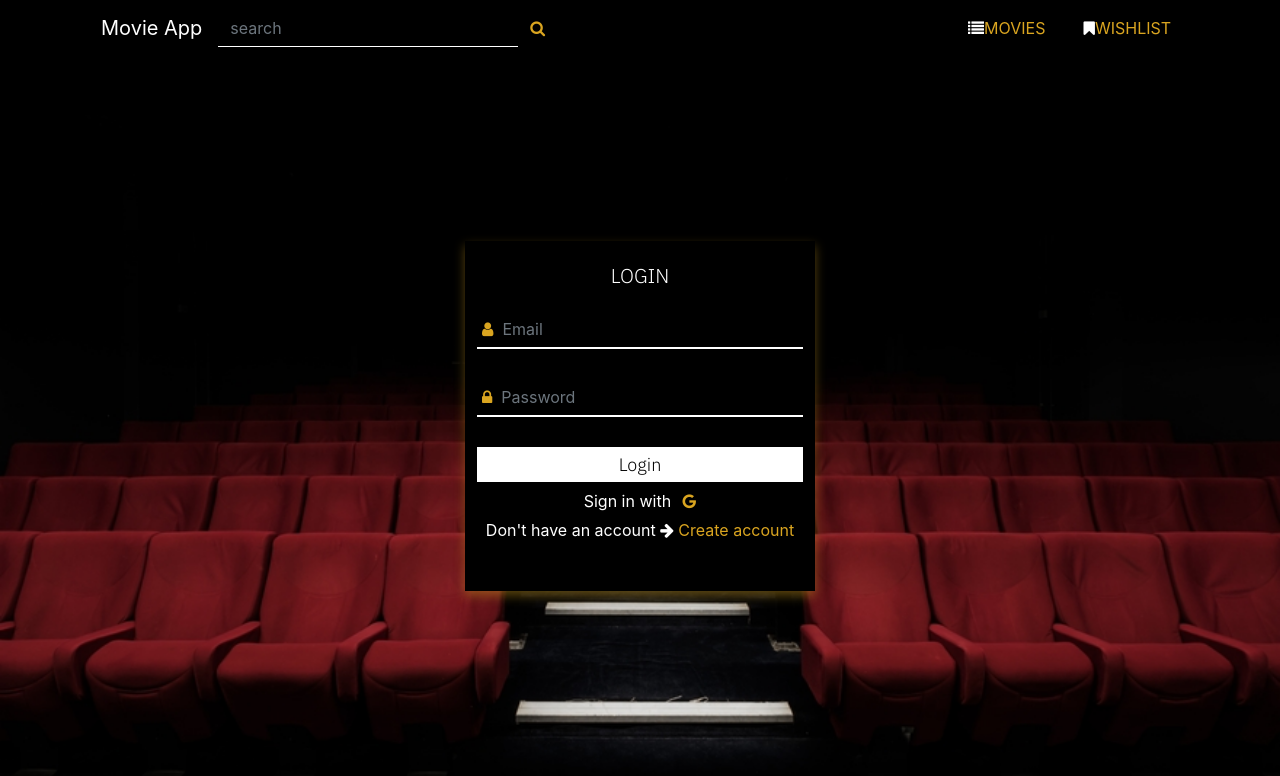
Repository: latenightsnacc/movie-db-app
Page: login.html
These files come from the project's save history. The page is drawn as it stood at one moment and after the next save; the edit follows.
The browser window is 1280 px wide. The pictures show the whole page.
The style sheet was rebuilt from its Sass, Less or Tailwind sources for each picture, by a compiler version that may differ from the author's.

Above is the page before, as saved 2020-06-17 10:55:45.
Console error (its wording comes from the project's code and is left out).

After the next save:
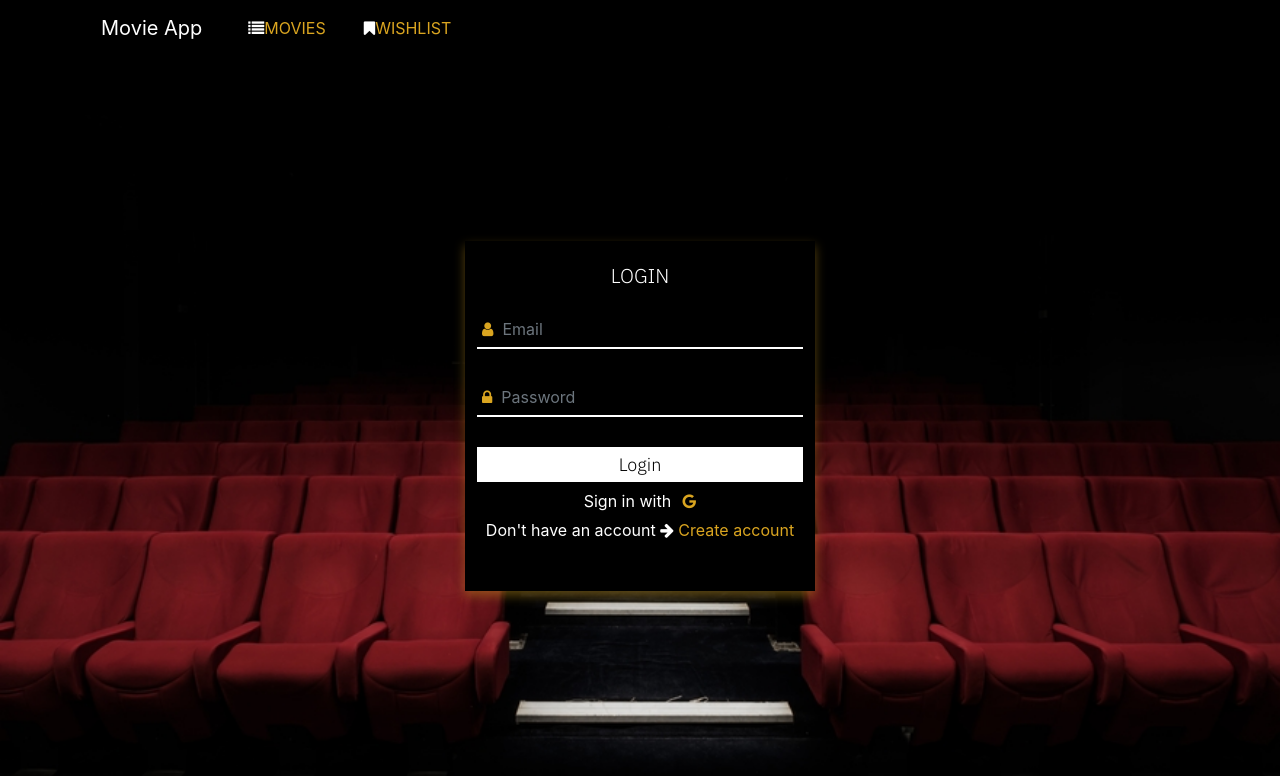
Saved 54 s later.
--- a/login.html
+++ b/login.html
@@ -20,15 +20,6 @@
             <nav class="navbar navbar-expand-lg navbar-dark bg-dark">
                 <!--Logo-->
                 <a class="navbar-brand" href="#">Movie App</a>
-                <!--Search Bar-->
-                <div class="input-group">
-                    <input type="text" class="form-control" id="inlineFormInputGroupUsername" placeholder="search">
-                    <div class="input-group-prepend">
-                      <div class="input-group-text">
-                          <i class="fa fa-search"></i>
-                      </div>
-                    </div>
-                </div>
                 <button class="navbar-toggler" type="button" data-toggle="collapse" data-target="#navbarNavAltMarkup" aria-controls="navbarNavAltMarkup" aria-expanded="false" aria-label="Toggle navigation">
                   <span class="navbar-toggler-icon"></span>
                 </button>
